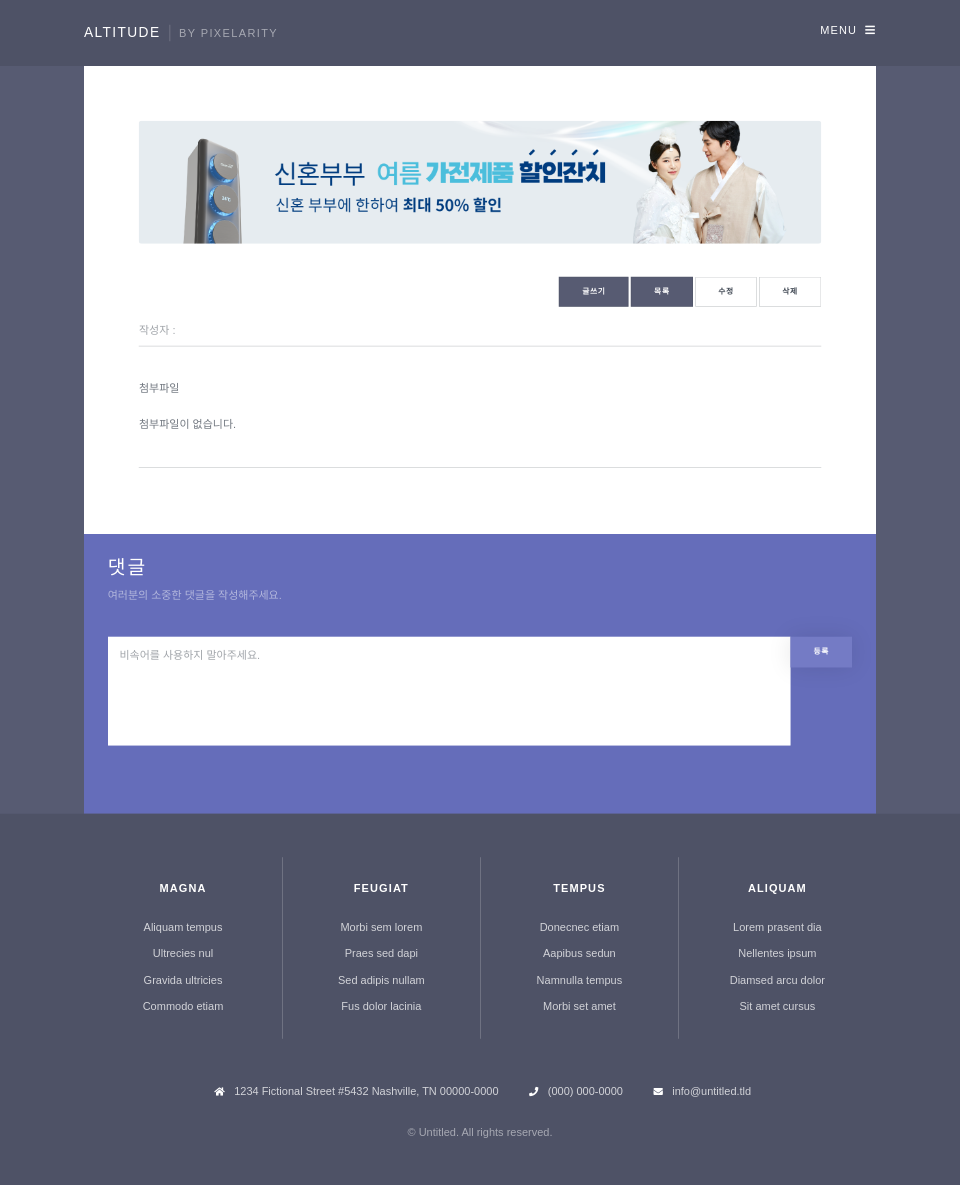
Repository: kkkukkk/Study-JSP
Page: http://localhost/boardMVC/app/board/boardDetail.jsp
The author's editor kept a copy of each file at every save. The page is drawn from the files as they stood at one save, then again after the next save.
The browser window is 1280 px wide. The pictures show the whole page, at 75% of full size.
Some web fonts or font styles are not loaded; a fallback is used. The page is served by Tomcat 9.

Above is the page before, as saved 2022-02-25 02:40:06.

After the next save:
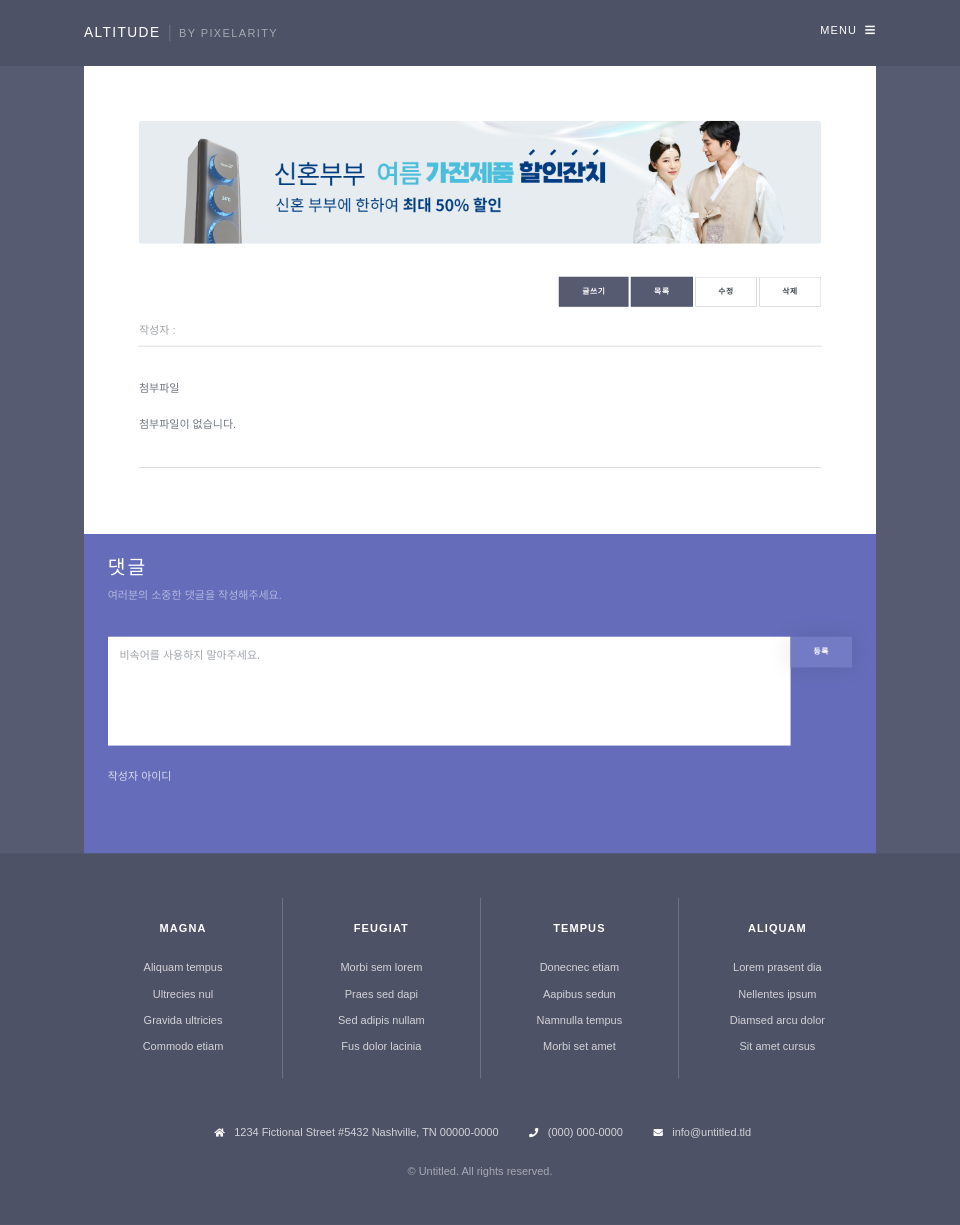
Saved 6 s later.
--- a/workspace/boardMVC/WebContent/app/board/boardDetail.jsp
+++ b/workspace/boardMVC/WebContent/app/board/boardDetail.jsp
@@ -113,7 +113,7 @@
                         </form>
                         <form action="#" id="replies" class="combined" style="flex-direction:column; margin:0; display:contents;">
                         	<div id="reply">
-
+                        		<p>작성자 아이디</p>
                         	</div>
                         </form>
                      </section>
